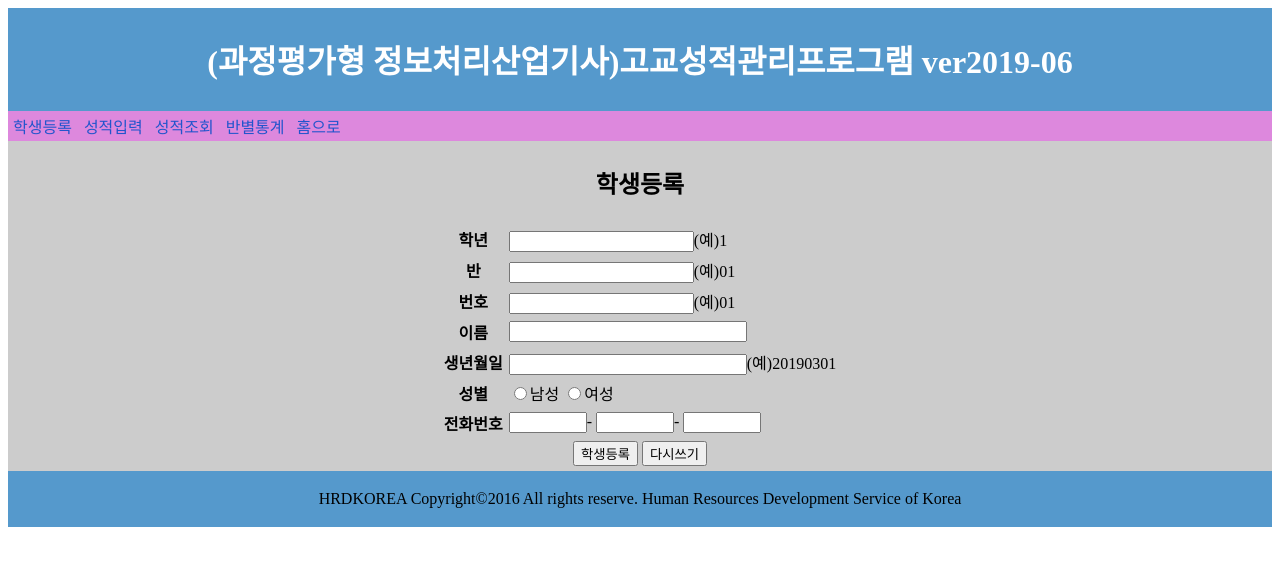
Repository: bolbbal/jdbc
Page: http://localhost/cbq_99/sub1.jsp
These files come from the project's save history. The page is drawn as it stood at one moment and after the next save; the edit follows.
The browser window is 1280 px wide. The pictures show the whole page.
The page is served by Tomcat 9. Other server files are loaded and not shown.

Above is the page before, as saved 2024-08-26 07:52:05.

### javastudy18/jspStudy/cbq_99/cbq_99/WebContent/sub1.jsp
<%@ page language="java" contentType="text/html; charset=UTF-8"
	pageEncoding="UTF-8"%>
<%@ page import="Model.*"%>
<%@ page import="java.sql.*"%>
<%@ page import="java.util.*"%>
<%@ page import="java.text.*"%>
<!DOCTYPE html>
<html>
<head>
<meta charset="UTF-8">
<title>고교성적관리</title>
<style>
header {
	background: #59c;
	padding: 1px;
}

h1 {
	color: #fff;
	text-align: center;
	padding: 6px
}

nav {
	background: #D8D;
	padding: 1px
}

a {
	text-decoration: none;
	color: #25C;
	display: inline-block;
	padding: 2px 4px;
}

section {
	padding: 1px;
	background: #CCC;
}

h2 {
	text-align: center;
	padding: 3px;
}

footer {
	background: #59c;
	padding: 1px;
}

footer p {
	text-align: center;
	padding: 2px;
}

tr, th, td {
	border-style: solid;
	border-width: 1px;
	border-color: #ccc;
}

table {
	margin: 0 auto;
}
</style>
<script type="text/javascript">
	function check() {
		if (my.syear.value == "") {
			alert("학년정보가 입력되지 않았습니다!");
			my.syear.focus();
			return false;
		}
		if (my.sclass.value == "") {
			alert("반정보가 입력되지 않았습니다!");
			my.sclass.focus();
			return false;
		}
		if (my.sno.value == "") {
			alert("번호정보가 입력되지 않았습니다!");
			my.sno.focus();
			return false;
		}
		if (my.sname.value == "") {
			alert("이름이 입력되지 않았습니다!");
			my.sname.focus();
			return false;
		}
		if (my.birth.value == "") {
			alert("생년월일이 입력되지 않았습니다!");
			my.birth.focus();
			return false;
		}
		if (my.gender.checked=="" && my.gender.checked=="") {
			alert("성별을 선택하세요!");
			my.gender[0].focus();
			return false;
		}
		/*
		var genders = document.getElementsByName("gender");
		if(!genders[0].checked && !genders[1].checked) {
			alert("성별선택");
			genders[0].focus();
			return false;
		}
		*/
		if (my.tel1.value == "") {
			alert("전화번호가 입력되지 않았습니다!");
			my.tel1.focus();
			return false;
		}
		if (my.tel2.value == "") {
			alert("전화번호가 입력되지 않았습니다!");
			my.tel2.focus();
			return false;
		}
		if (my.tel3.value == "") {
			alert("전화번호가 입력되지 않았습니다!");
			my.tel3.focus();
			return false;
		}
		alert("학생등록이 정상적으로 등록되었습니다");
		return true;

	}
</script>
</head>
<body>
	<header>
		<h1>(과정평가형 정보처리산업기사)고교성적관리프로그램 ver2019-06</h1>
	</header>
	<nav>
		<a href="sub1.jsp">학생등록</a>
		<a href="sub2.jsp">성적입력</a>
		<a href="sub3.jsp">성적조회</a>
		<a href="sub4.jsp">반별통계</a>
		<a href="index.jsp">홈으로</a>
	</nav>
	<section>
		<h2>학생등록</h2>
		<form name="my" method="post" action="sub1pro.jsp" onsubmit="return check()">
			<table>
				<tr>
					<th>학년</th>
					<td><input type="text" name="syear">(예)1</td>
				</tr>
				<tr>
					<th>반</th>
					<td><input type="text" name="sclass">(예)01</td>
				</tr>
				<tr>
					<th>번호</th>
					<td><input type="text" name="sno">(예)01</td>
				</tr>
				<tr>
					<th>이름</th>
					<td><input type="text" name="sname" style="width: 230px"></td>
				</tr>
				<tr>
					<th>생년월일</th>
					<td><input type="text" name="birth" style="width: 230px">(예)20190301</td>
				</tr>
				<tr>
					<th>성별</th>
					<td><input type="radio" name="gender" value="M">남성
						<input type="radio" name="gender" value="F">여성</td>
				</tr>
				<tr>
					<th>전화번호</th>
					<td><input type="text" name="tel1" style="width: 70px">-
						<input type="text" name="tel2" style="width: 70px">-
						<input type="text" name="tel3" style="width: 70px"></td>
				</tr>
				<tr>
					<td colspan="2" style="text-align: center;">
					<input type="submit" value="학생등록">
					<input type="reset" value="다시쓰기" onclick="alert('정보를 지우고 처음부터 다시 입력합니다!')"></td>
				</tr>
			</table>
		</form>
	</section>
	<footer>
		<p>HRDKOREA Copyright&copy;2016 All rights reserve. Human
			Resources Development Service of Korea</p>
	</footer>
</body>
</html>

After the next save:
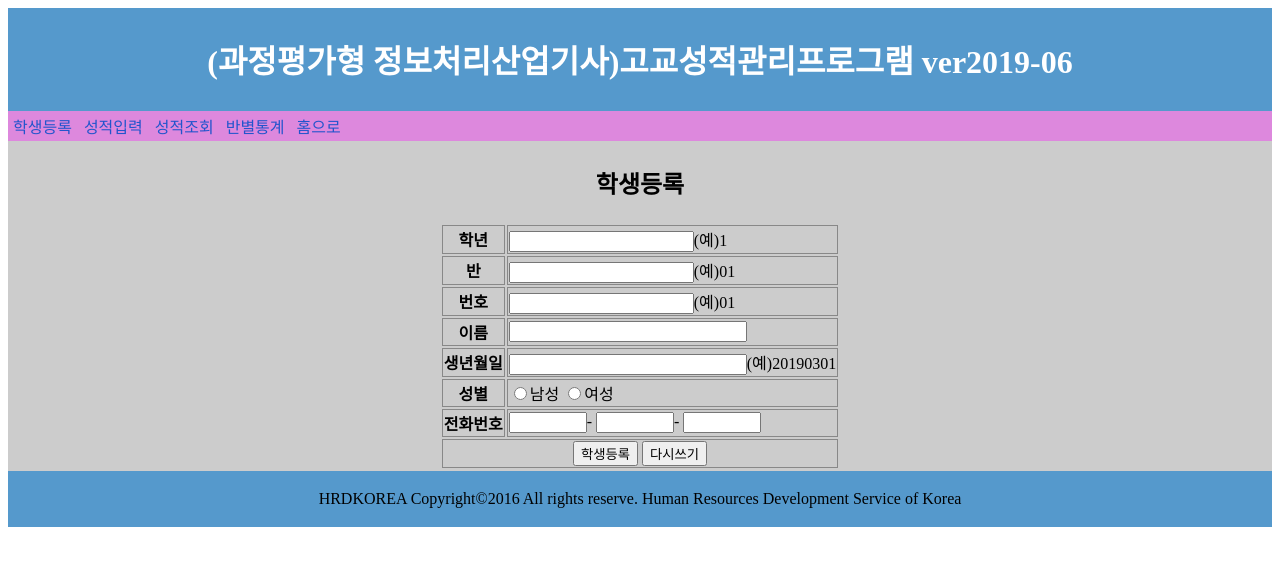
Saved 11 s later.
--- a/javastudy18/jspStudy/cbq_99/cbq_99/WebContent/sub1.jsp
+++ b/javastudy18/jspStudy/cbq_99/cbq_99/WebContent/sub1.jsp
@@ -56,7 +56,7 @@
 tr, th, td {
 	border-style: solid;
 	border-width: 1px;
-	border-color: #ccc;
+	border-color: #888;
 }
 
 table {
